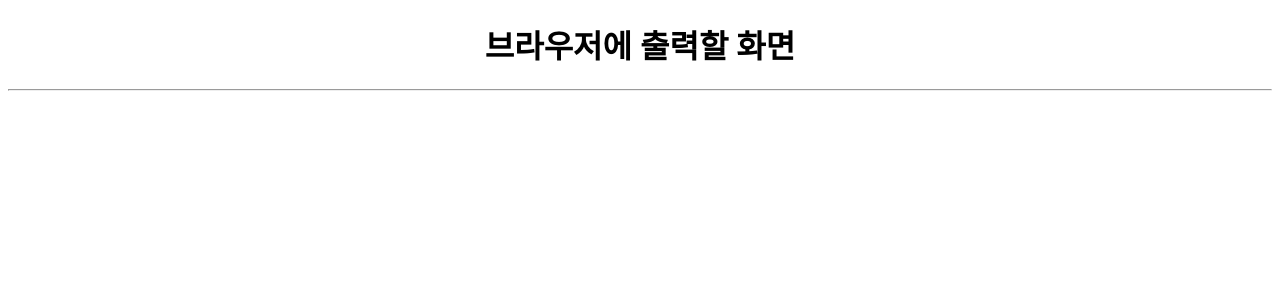
Repository: serim53/JSPStudy
Page: http://localhost/BoardWeb_JSP_/index.jsp
These files come from the project's save history. The page is drawn as it stood at one moment and after the next save; the edit follows.
The browser window is 1280 px wide. The pictures show the whole page.
The page is served by Tomcat 10.

Above is the page before, as saved 2025-07-10 01:33:07.

After the next save:
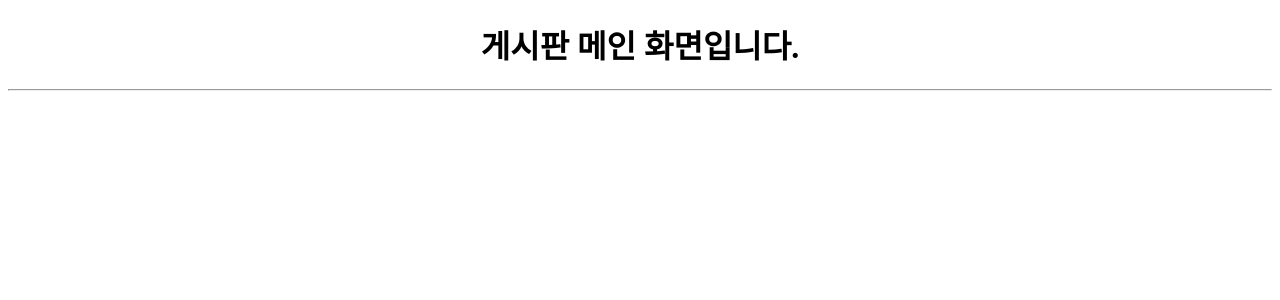
Saved 16 s later.
--- a/BoardWeb(JSP)/src/main/webapp/index.jsp
+++ b/BoardWeb(JSP)/src/main/webapp/index.jsp
@@ -7,7 +7,7 @@
 </head>
 <body>
 <center>
-<h1>브라우저에 출력할 화면</h1>
+<h1>게시판 메인 화면입니다.</h1>
 <hr>
 </center>
 </body>
